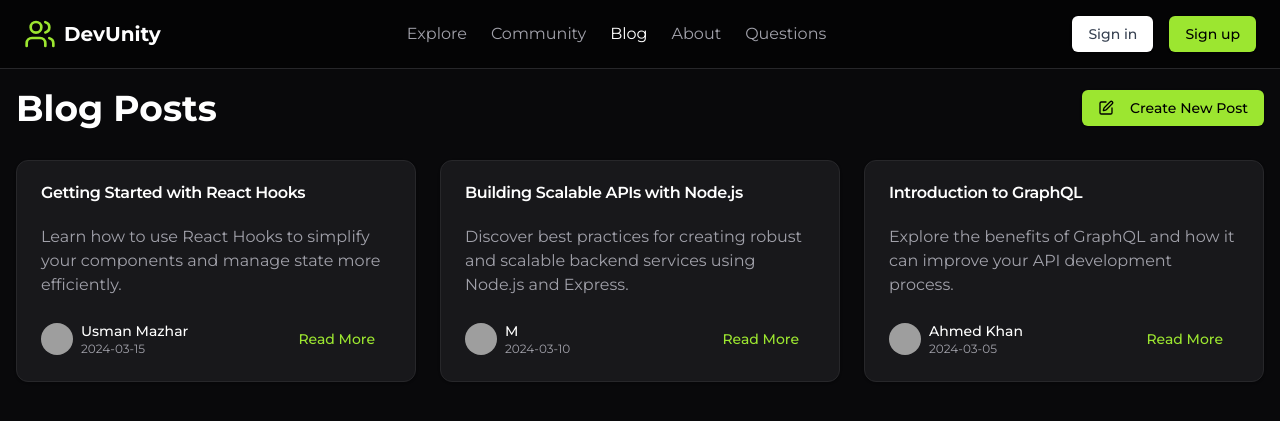
Repository: asadullah48/asadullahshafique_devunity
Page: /blogs
These files come from the project's save history. The page is drawn as it stood at one moment and after the next save; the edit follows.
The browser window is 1280 px wide. The pictures show the whole page.
Pictures or frames that could not be fetched are drawn as grey boxes. The project was rebuilt for these pictures with package versions that can differ from the ones it lists, and the page was loaded fresh each time. The framework's server and built-in components were replaced by stand-ins that run in the browser. Also part of the build but not shown: next.config.js, next.config.ts.

Above is the page before, as saved 2024-11-10 10:26:16.

After the next save:
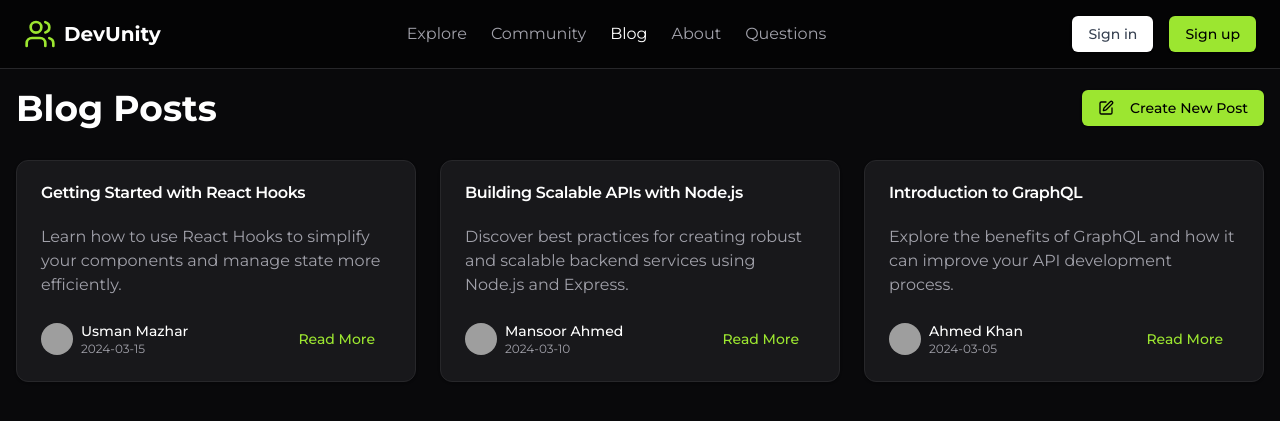
Saved 6 s later.
--- a/src/app/blogs/page.tsx
+++ b/src/app/blogs/page.tsx
@@ -24,7 +24,7 @@ export default function BlogPage() {
       title: "Building Scalable APIs with Node.js",
       excerpt:
         "Discover best practices for creating robust and scalable backend services using Node.js and Express.",
-      author: "M",
+      author: "Mansoor Ahmed",
       date: "2024-03-10",
       avatar: "/placeholder.svg?height=50&width=50",
     },
